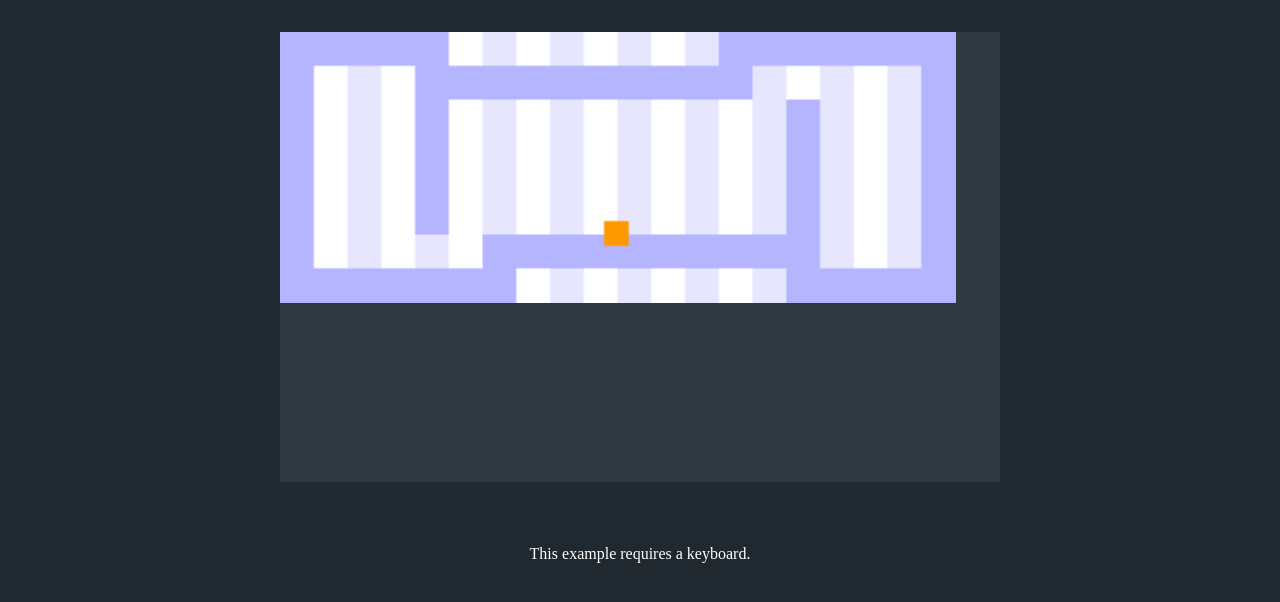
Repository: jh0l/WorldsHardestGame
Page: index.html
These files come from the project's save history. The page is drawn as it stood at one moment and after the next save; the edit follows.
The browser window is 1280 px wide. The pictures show the whole page.

Above is the page before, as saved 2018-07-19 01:06:49.

### index.html
<html>

<head>

	<meta name="viewport" content="width=device-width">
	<link href="src/index.css" rel="stylesheet" type="text/css">

	<title>PoP Vlog - Top Down Tiles</title>

</head>

<body>

	<canvas></canvas>

	<p>This example requires a keyboard.</p>

	<script src="src/index.js" type="text/javascript"></script>

</body>

</html>

### src/index.css
* {
  box-sizing: border-box;
  margin: 0;
  padding: 0;
}

html {
  height: 100%;
  width: 100%;
}

body {
  align-content: space-around;
  background-color: #202830;
  color: #ffffff;
  display: grid;
  grid-template-columns: auto;
  grid-template-rows: auto auto auto auto;
  height: 100%;
  justify-content: space-around;
  text-align: center;
  width: 100%;
}

canvas {
  background-color: #303840;
  justify-self: center;
}

### src/index.js
(function() {
  "use strict";

  var controller, display, game;

  controller = {
    down: false,
    left: false,
    right: false,
    up: false,

    keyUpDown: function(event) {
      var key_state = event.type == "keydown" ? true : false;

      switch (event.keyCode) {
        case 65:
          controller.left = key_state;
          break; // left key
        case 87:
          controller.up = key_state;
          break; // up key
        case 68:
          controller.right = key_state;
          break; // right key
        case 83:
          controller.down = key_state;
          break; // down key
      }
    }
  };
  const tileValColor = (val, index) => {
    if (val === '0') {
      return (index + game.world.columns) % 2 === 0 ? "#e6e6ff": "#fff";
    }
    return "#b4b5fe" ;
  };
  display = {
    buffer: document.createElement("canvas").getContext("2d"),
    context: document.querySelector("canvas").getContext("2d"),
    output: document.querySelector("p"),

    render: function() {
      for (let index = game.world.map.length - 1; index > -1; --index) {
        this.buffer.fillStyle = tileValColor(game.world.map[index], index);
        this.buffer.fillRect(
          (index % game.world.columns) * game.world.tile_size,
          Math.floor(index / game.world.columns) * game.world.tile_size,
          game.world.tile_size,
          game.world.tile_size
        );
      }

      this.buffer.fillStyle = game.player.color;
      this.buffer.fillRect(
        game.player.x,
        game.player.y,
        game.player.width,
        game.player.height
      );

      this.context.drawImage(
        this.buffer.canvas,
        0,
        0,
        this.buffer.canvas.width,
        this.buffer.canvas.height,
        0,
        0,
        this.context.canvas.width,
        this.context.canvas.height
      );
    },

    resize: function(event) {
      var client_height = document.documentElement.clientHeight;

      display.context.canvas.width = document.documentElement.clientWidth - 32;

      if (display.context.canvas.width > client_height) {
        display.context.canvas.width = client_height;
      }

      display.context.canvas.height = Math.floor(
        display.context.canvas.width * 0.625
      );

      display.render();
    }
  };
  const playerSize = 11;
  game = {
    /* This is the player object. Make sure to note that for this collision method
    to work, you must record the current and last positions of your game objects
    to use in collision detection. It is used to calculate the vector used to determine
    if an object is entering into a collision tile and from what side. */
    player: {
      color: "#ff9900",
      height: playerSize,
      old_x: 160, // these are what you should take note of. Don't worry, it's useful
      old_y: 160, // to keep track of old positions for many physics methods. These aren't one trick pony's.
      speed: 3,
      velocity_x: 0,
      velocity_y: 0,
      width: playerSize,
      x: 160 - 16,
      y: 100 - 16,

      // These functions just make it easy to read the collision code
      get bottom() {
        return this.y + this.height;
      },
      get oldBottom() {
        return this.old_y + this.height;
      },
      get left() {
        return this.x;
      }, // kind of pointless, but used
      get oldLeft() {
        return this.old_x;
      }, // to help visualize the collision methods
      get right() {
        return this.x + this.width;
      },
      get oldRight() {
        return this.old_x + this.width;
      },
      get top() {
        return this.y;
      }, // equally pointless as left side calculations
      get oldTop() {
        return this.old_y;
      }
    },

    world: {
      map: []
      // the routing functions below with matching numbers

      // represent these tiles and route their values to
      // the collision methods you might expect based on their names
    },

    /* This object is responsible for getting the collision methods that match
    tile values in the map. It uses what I call routing functions to group reusable
    narrow phase collision methods together to create a variety of different tile
    boundary shapes. You can get the same effect with an array of routing functions rather
    than giving an object's routing functions numeric indexes, if you prefer. It might be faster. */
    collision: {
      // top wall collision tile
      1: function(object, row, column) {
        // The player hits the bottom of ceiling tiles.
        this.bottomCollision(object, row);
      },

      // left wall collision tile
      2: function(object, row, column) {
        this.rightCollision(object, column);
      },

      // right wall collision tile
      3: function(object, row, column) {
        // The player collides with the left side of a wall on the right of the map.
        this.leftCollision(object, column); // Confusing to visualize, but true.
      },

      // bottom wall collision tile
      4: function(object, row, column) {
        this.topCollision(object, row);
      },

      // block tile with four walls
      5: function(object, row, column) {
        /* It makes sense to test the most likely side to be collided with first.
        In a top down game, all sides are hit about the same number of times, depending
        on gameplay, but in a side scroller with downward pulling gravity, the tops of
        tiles will usually get the most traffic, so it makes sense to test the tops
        first in those scenarios. */
        if (this.topCollision(object, row)) {
          return;
        } // Make sure to early out
        if (this.leftCollision(object, column)) {
          return;
        } // if a collision is detected.
        if (this.rightCollision(object, column)) {
          return;
        }
        this.bottomCollision(object, row); // No need to early out on the last check.
      },
      // left and right only
      6: function(object, row, column) {
        if (this.leftCollision(object, column)) {
          return;
        }
        this.rightCollision(object, column);
      },
      // left, right and bottom only
      7: function(object, row, column) {
        if (this.leftCollision(object, column)) {
          return;
        }
        if (this.rightCollision(object, column)) {
          return;
        }
        this.bottomCollision(object, row); // No need to early out on the last check.
      },
      //left right and top only
      8: function(object, row, column) {
        if (this.leftCollision(object, column)) {
          return;
        }
        if (this.rightCollision(object, column)) {
          return;
        }
        this.topCollision(object, row); // No need to early out on the last check.
      },
      //left and top
      9: function(object, row, column) {
        if (this.leftCollision(object, column)) {
          return;
        }
        this.topCollision(object, row); // No need to early out on the last check.
      },
      //bottom and right
      a: function(object, row, column) {
        if (this.rightCollision(object, column)) {
          return;
        }
        this.bottomCollision(object, row); // No need to early out on the last check.
      },

      /* Here are the narrow phase collision detection and response functions.
      For a deeper insight into how these work, and what's going on, I'm using
      leftCollision as an example. The principles I explain here apply to all
      of the other narrow phase collision methods. Note that they're basically
      doing the same thing, just for different flat sides of a tile. */
      leftCollision(object, column) {
        /* To calculate the player's movement vector, I'm no longer using its velocity (like in the last tutorial).
        Instead, I'm going to calculate it based on it's current and last positions.
        the old way was if (object.velocity_x > 0), now it's if (object.x - object.old_x > 0).
        This is a bit more reliable in my opinion, depending on how and when you calculate your velocity. */

        /* If the object is not moving right, how will it ENTER into the left side of a tile?
        If not moving right, the player can't possibly ENTER the left side of a tile.
        We are only concerned with resolving collisions objects ENTER into. If they are spawned
        inside a collision tile, it is not the collision manager's job to resolve that, it is
        the level designer's job to fix the level design so collision can be as efficient as possible. */
        if (object.x - object.old_x > 0) {
          // the left side of the specified tile column
          var left = column * game.world.tile_size;

          /* This tests to see if our object is ENTERING through the collision boundary
          along the correct movement vector. If its current position is past the boundary
          and its old position is before the boundary, we know that it has entered into collision with the tile. */
          if (object.right > left && object.oldRight <= left) {
            object.velocity_x = 0;
            object.x = object.old_x = left - object.width - 0.001;
            /* You really don't need to reset the player's old position here if you are
            setting it at the start of each game loop, but if you are using a fixed time step
            game loop with interpolation, it will make your collisions look more pixel perfect.
            The reason for this is because with interpolation, your player may be drawn slightly
            away from the wall he just collided with on the next frame of animation depending on
            how much time has passed. So, you don't need to do this, but it doesn't hurt. It may
            be a problem if you end up changing old positions for player to player collisions as well,
            however, because old positions are used to calculate vectors for tile collision.
            Just make sure changing old positions are the last thing you do before the next frame,
            and you should be fine. */

            return true;
          }
        }

        return false;
      },

      rightCollision(object, column) {
        if (object.x - object.old_x < 0) {
          // the right side of the specified tile column
          var right = (column + 1) * game.world.tile_size;

          if (object.left < right && object.oldLeft >= right) {
            object.velocity_x = 0;
            object.old_x = object.x = right;

            return true;
          }
        }

        return false;
      },

      bottomCollision(object, row) {
        // if the object is moving up
        if (object.y - object.old_y < 0) {
          var bottom = (row + 1) * game.world.tile_size;

          if (object.top < bottom && object.oldTop >= bottom) {
            object.velocity_y = 0;
            object.old_y = object.y = bottom;
          }
        }
      },

      topCollision(object, row) {
        // if the object is moving down
        if (object.y - object.old_y > 0) {
          // the top side of the specified tile row
          var top = row * game.world.tile_size;

          // if the object has passed through the tile boundary since the last game cycle
          if (object.bottom > top && object.oldBottom <= top) {
            object.velocity_y = 0;
            object.old_y = object.y = top - object.height - 0.01;

            return true;
          }
        }

        return false;
      }
    },

    // The game loop:
    loop: function() {
      // Get controller input and move that player object!
      if (controller.down) {
        game.player.velocity_y += game.player.speed;
      }

      if (controller.up) {
        game.player.velocity_y -= game.player.speed;
      }

      if (controller.left) {
        game.player.velocity_x -= game.player.speed;
      }

      if (controller.right) {
        game.player.velocity_x += game.player.speed;
      }

      // Update the player object:
      game.player.old_x = game.player.x; // Set the old position to the current position
      game.player.old_y = game.player.y; // before we update the current position, thus making it current

      game.player.x += game.player.velocity_x; // Update the current position
      game.player.y += game.player.velocity_y;

      // Do collision detection and response with the boundaries of the screen.
      // if (game.player.x < 0) {
      //   game.player.velocity_x = 0;
      //   game.player.old_x = game.player.x = 0;
      // } else if (
      //   game.player.x + game.player.width >
      //   display.buffer.canvas.width
      // ) {
      //   game.player.velocity_x = 0;
      //   game.player.old_x = game.player.x =
      //     display.buffer.canvas.width - game.player.width - 0.001;
      //   /* I added that - 0.001 to the equation to really push the player object back into
      //   the game world. If the edge of the world is 320 px, and you set the right edge of
      //   the player obect to 320, technically its tile position will be 1 tile to the right of
      //   the edge of the world when calculated. Say there are 10 columns in the map, and each
      //   tile is 32 pixels wide. 320/32 is 10, but since our map index starts at 0, a value of 10
      //   falls outside of the map's number of columns. Failing to handle this can result in
      //   testing collision on tiles in another row, or tiles at undefined positions in the map array.*/
      // }

      if (game.player.y < 0) {
        game.player.velocity_y = 0;
        game.player.old_y = game.player.y = 0;
      } else if (
        game.player.y + game.player.height >
        display.buffer.canvas.height
      ) {
        game.player.velocity_y = 0;
        game.player.old_y = game.player.y =
          display.buffer.canvas.height - game.player.height - 0.001;
      }

      /* Here is where we do broadphase collision detection with the four corners of
      our player object. This is very important. In the last tutorial the player only
      had 1 collision registration point. Collision was simple, then. Now, it's just as
      simple, but we need to do it for each corner of our player object. */

      /* Once again, there's no point of testing collision if we're not moving. depending
      on which direction we are moving we must test different collision registration points
      on our player. For instance, if he is moving left, we test the points on his left side: */
      if (game.player.x - game.player.old_x < 0) {
        // test collision on left side of player if moving left

        /* There are much more efficient ways to write this code without repeating
        variable names and this big monsterous block of if statements, but I thought it
        would be good to have specific variable names and less abstraction so you can
        get an idea of what's going on. */
        var left_column = Math.floor(game.player.left / game.world.tile_size);
        var bottom_row = Math.floor(game.player.bottom / game.world.tile_size);
        var value_at_index =
          game.world.map[bottom_row * game.world.columns + left_column];

        if (value_at_index != 0) {
          // Check the bottom left point

          game.collision[value_at_index](game.player, bottom_row, left_column);
          display.output.innerHTML =
            "last tile collided with: " + value_at_index;
        }

        var top_row = Math.floor(game.player.top / game.world.tile_size);
        value_at_index =
          game.world.map[top_row * game.world.columns + left_column];

        if (value_at_index != 0) {
          // Check the top left point

          game.collision[value_at_index](game.player, top_row, left_column);
          display.output.innerHTML =
            "last tile collided with: " + value_at_index;
        }
      } else if (game.player.x - game.player.old_x > 0) {
        // Is the player moving right?

        var right_column = Math.floor(game.player.right / game.world.tile_size);
        var bottom_row = Math.floor(game.player.bottom / game.world.tile_size);
        var value_at_index =
          game.world.map[bottom_row * game.world.columns + right_column];

        if (value_at_index != 0) {
          // Check the bottom right point

          game.collision[value_at_index](game.player, bottom_row, right_column);
          display.output.innerHTML =
            "last tile collided with: " + value_at_index;
        }

        var top_row = Math.floor(game.player.top / game.world.tile_size);
        value_at_index =
          game.world.map[top_row * game.world.columns + right_column];

        if (value_at_index != 0) {
          // Check the top right point

          game.collision[value_at_index](game.player, top_row, right_column);
          display.output.innerHTML =
            "last tile collided with: " + value_at_index;
        }
      }

      if (game.player.y - game.player.old_y < 0) {
        var left_column = Math.floor(game.player.left / game.world.tile_size);
        var top_row = Math.floor(game.player.top / game.world.tile_size);
        var value_at_index =
          game.world.map[top_row * game.world.columns + left_column];

        if (value_at_index != 0) {
          // Check the top left point

          game.collision[value_at_index](game.player, top_row, left_column);
          display.output.innerHTML =
            "last tile collided with: " + value_at_index;
        }

        var right_column = Math.floor(game.player.right / game.world.tile_size);
        value_at_index =
          game.world.map[top_row * game.world.columns + right_column];

        if (value_at_index != 0) {
          // Check the top right point

          game.collision[value_at_index](game.player, top_row, right_column);
          display.output.innerHTML =
            "last tile collided with: " + value_at_index;
        }
      } else if (game.player.y - game.player.old_y > 0) {
        var left_column = Math.floor(game.player.left / game.world.tile_size);
        var bottom_row = Math.floor(game.player.bottom / game.world.tile_size);
        var value_at_index =
          game.world.map[bottom_row * game.world.columns + left_column];

        if (value_at_index != 0) {
          // Check the bottom left point

          game.collision[value_at_index](game.player, bottom_row, left_column);
          display.output.innerHTML =
            "last tile collided with: " + value_at_index;
        }

        var right_column = Math.floor(game.player.right / game.world.tile_size);
        value_at_index =
          game.world.map[bottom_row * game.world.columns + right_column];

        if (value_at_index != 0) {
          // Check the bottom right point

          game.collision[value_at_index](game.player, bottom_row, right_column);
          display.output.innerHTML =
            "last tile collided with: " + value_at_index;
        }
      }

      game.player.velocity_x = 0;
      game.player.velocity_y = 0;

      display.render();

      window.requestAnimationFrame(game.loop);
    }
  };

  display.buffer.canvas.height = 200;
  display.buffer.canvas.width = 320;

  window.addEventListener("resize", display.resize);
  window.addEventListener("keydown", controller.keyUpDown);
  window.addEventListener("keyup", controller.keyUpDown);

  display.resize();
  // 1s are ceiling tiles
  // 2s and 3s are right and left wall tiles
  // 5 is a solid block/box tile
  // 4 is a floor tile
  const mapStr = `
11111000000001111111
2000311111111a000003
20006000000000080003
20006000000000060003
20006000000000060003
20007000000000060003
20000094444444420003
14444410000000014441
`;
  const map = mapStr
    .slice(1, -1)
    .replace(/\n/g, "")
    .split("");
  game.world = Object.assign(game.world, {
    columns: mapStr.split("\n")[1].length,
    rows: 5,
    tile_size: 15,
    map
  });
  game.loop();
})();

After the next save:
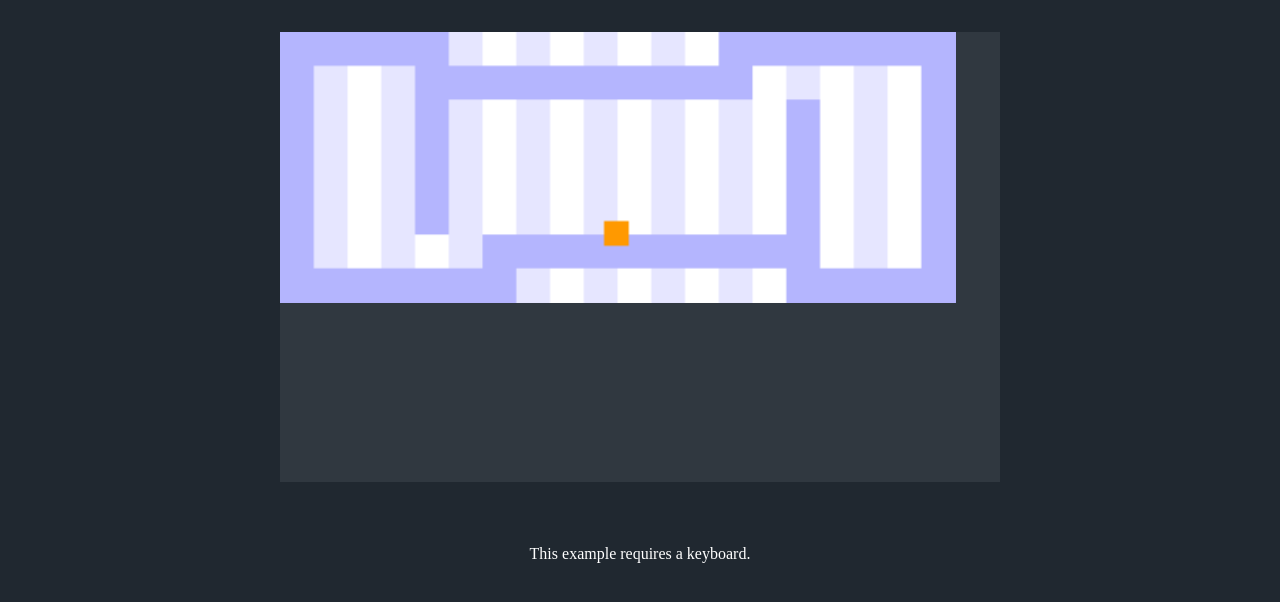
Saved 7 s later.
--- a/src/index.js
+++ b/src/index.js
@@ -30,7 +30,7 @@
   };
   const tileValColor = (val, index) => {
     if (val === '0') {
-      return (index + game.world.columns) % 2 === 0 ? "#e6e6ff": "#fff";
+      return (index + game.world.columns + 1) % 2 === 0 ? "#e6e6ff": "#fff";
     }
     return "#b4b5fe" ;
   };

After the save that followed:
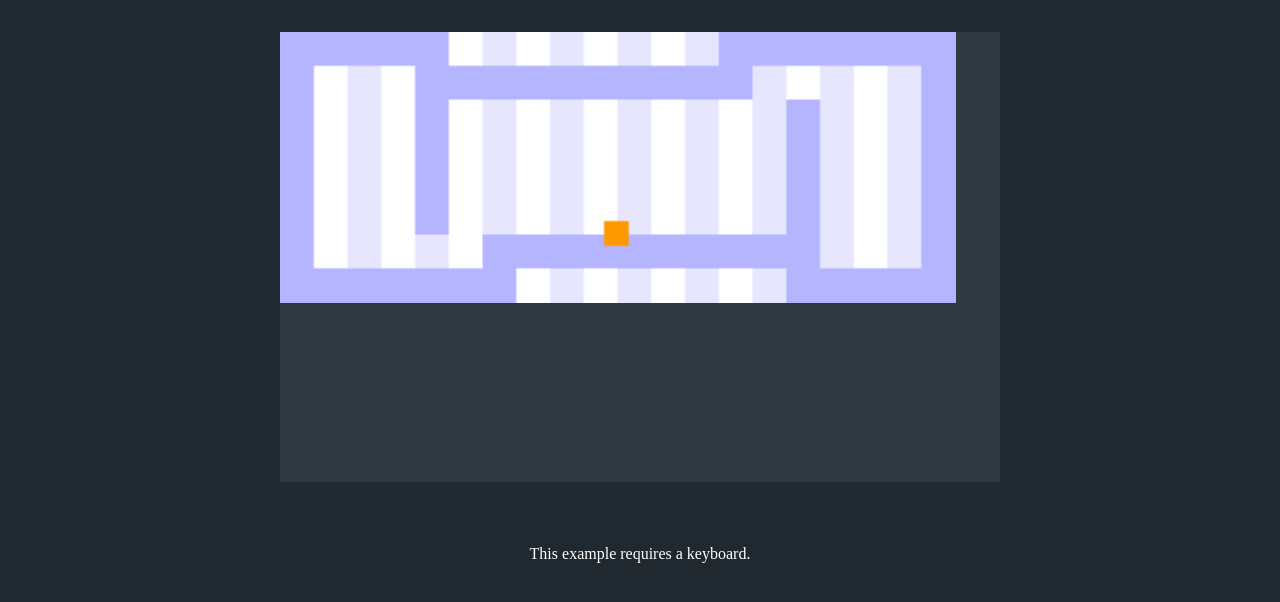
Saved 5 s later.
--- a/src/index.js
+++ b/src/index.js
@@ -30,7 +30,7 @@
   };
   const tileValColor = (val, index) => {
     if (val === '0') {
-      return (index + game.world.columns + 1) % 2 === 0 ? "#e6e6ff": "#fff";
+      return (index + game.world.columns) % 2 === 0 ? "#e6e6ff": "#fff";
     }
     return "#b4b5fe" ;
   };
